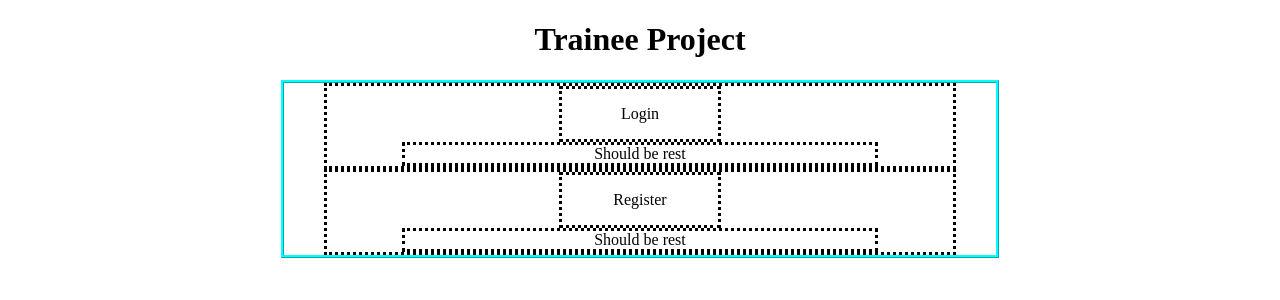
Repository: LsCodeMaster/Training
Page: Trainee/WebContent/trainee.html
These files come from the project's save history. The page is drawn as it stood at one moment and after the next save; the edit follows.
The browser window is 1280 px wide. The pictures show the whole page.

Above is the page before, as saved 2015-09-15 10:12:16.

### Trainee/WebContent/trainee.html
<!DOCTYPE html>
<html>
<head>
<meta charset="ISO-8859-1">
<title>Trainee Project</title>
<link type = "text/css" href="css/style.css" rel="stylesheet">
</head>
<body>
	<h1>Trainee Project</h1>
	<div class="centeredBox">
		<div>
			<div class="loginType">
				<p>Login</p>
			</div>
			<div class="loginInfo">
				Should be rest
			</div>
		</div>
		<div>
			<div class="loginType">
				<p>Register</p>
			</div>
			<div class="loginInfo">
				Should be rest
			</div>
		</div>
	</div>
</body>
</html>

### Trainee/WebContent/css/style.css
.centeredBox{
    margin: auto;
	border-style: ridge;
	border-color: aqua;
	width: 50%;
	padding: 40 px;
	padding-left: 40px;
	padding-right: 40px;
}
.centeredBox div{
	border-style: dotted;
	text-align: center;
}
.loginType{
	display: inline-block;
	width: 25%;
}
.loginInfo{
	display: inline-block;
	width:75%;
}
h1{
    text-align: center;
}
.border{
	border-style: dotted;
}

After the next save:
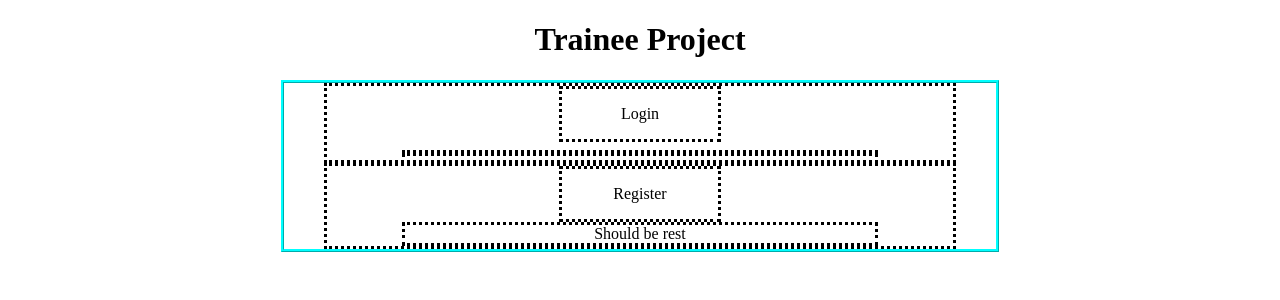
Saved 5 s later.
--- a/Trainee/WebContent/trainee.html
+++ b/Trainee/WebContent/trainee.html
@@ -13,7 +13,7 @@
 				<p>Login</p>
 			</div>
 			<div class="loginInfo">
-				Should be rest
+
 			</div>
 		</div>
 		<div>
